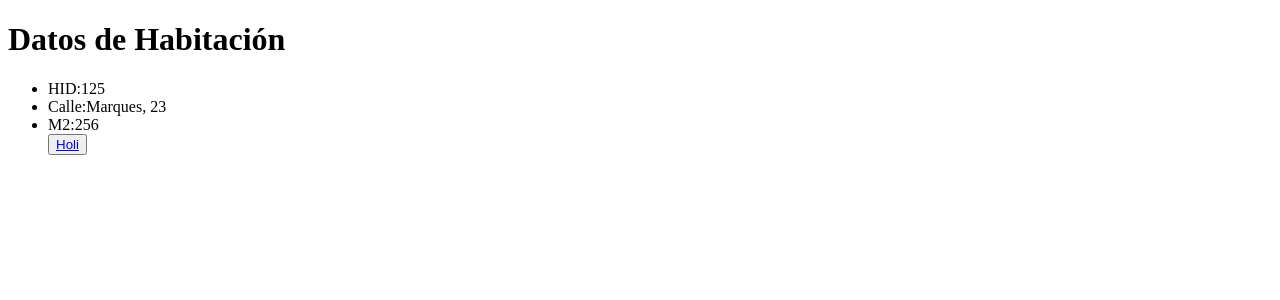
Repository: LazaroRicardo/WORKSPACE
Page: http://localhost/ProyectoMVC2/habitacion
An editor plug-in stored every save of this project. The page is shown before and after the next save, followed by the edit.
The browser window is 1280 px wide. The pictures show the whole page.
The page is served by Tomcat 9.

Above is the page before, as saved 2018-11-13 10:22:05.

After the next save:
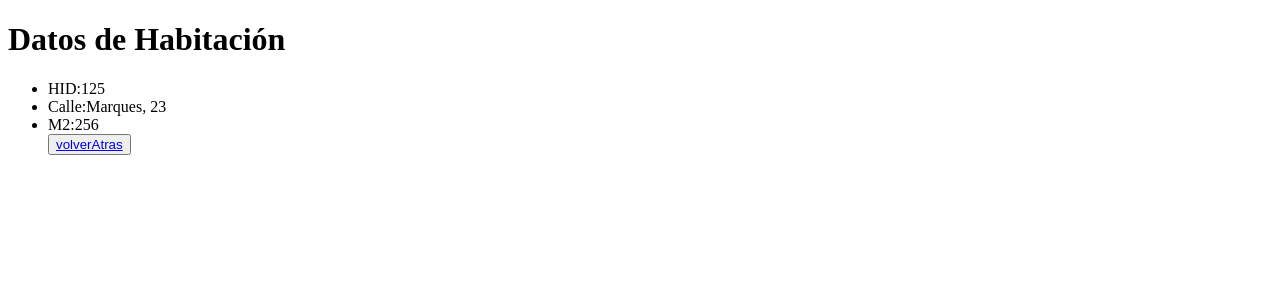
Saved 6 s later.
--- a/javaweb/ProyectoMVC2/WebContent/habitacion.jsp
+++ b/javaweb/ProyectoMVC2/WebContent/habitacion.jsp
@@ -16,7 +16,7 @@
 		<li>HID:${laHabitacion.hid}</li>
 		<li>Calle:${laHabitacion.calle}</li>
 		<li>M2:${laHabitacion.m2}</li>
-		<button><a href="./usuario">Holi</a></button>
+		<button><a href="./usuario">${laHabitacion.volverAtras}</a></button>
 	</ul>
 </body>
 </html>
